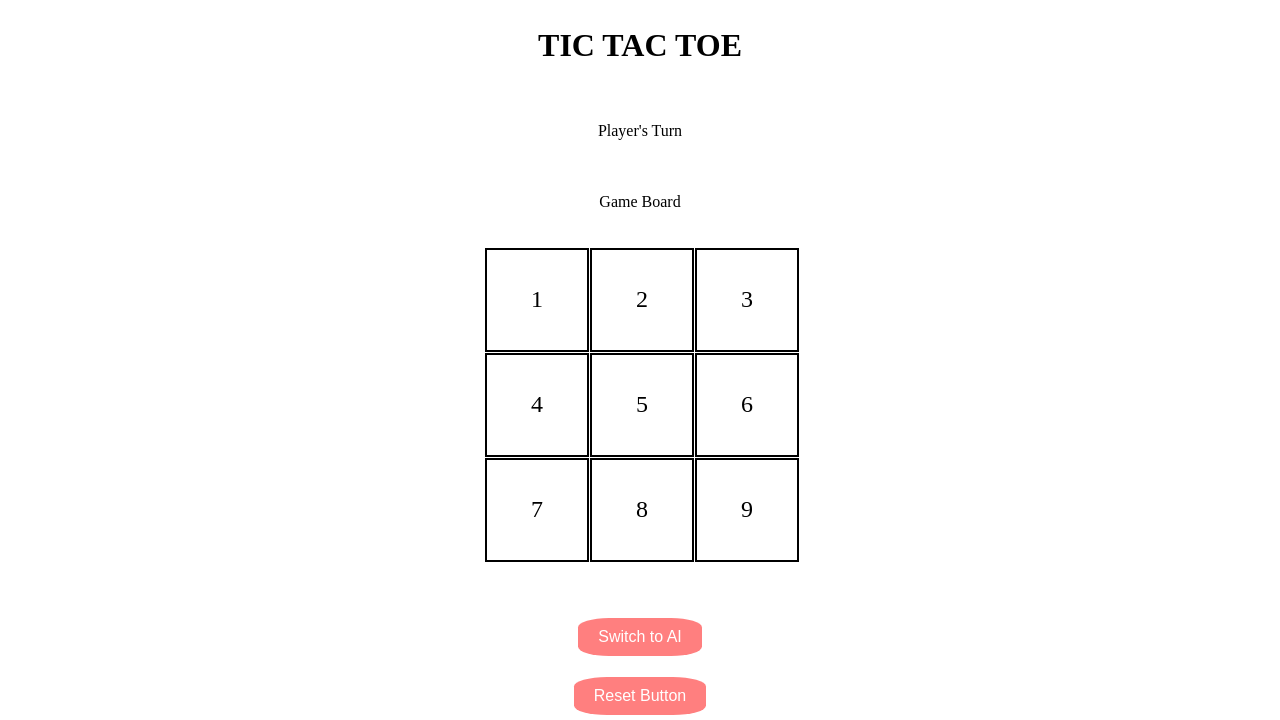
Repository: Yash19075/TicTacToe-game
Page: TicTacToe.html
These files come from the project's save history. The page is drawn as it stood at one moment and after the next save; the edit follows.
The browser window is 1280 px wide. The pictures show the whole page.

Above is the page before, as saved 2025-03-08 23:06:54.

### TicTacToe.html
<!DOCTYPE html>
<html lang="en">
<head>
    <meta charset="UTF-8">
    <meta name="viewport" content="width=device-width, initial-scale=1.0">
    <title>TicTacToe</title>
    <link rel="stylesheet" href="TicTacToe.css">
    <script src="TicTacToe.js"></script>
</head>
<body>
    <h1>TIC TAC TOE</h1>

    <p>Player's Turn</p>

    <p>Game Board</p>
    <div class="css-board">
        <div class="js-cell">1</div>
        <div class="js-cell">2</div>
        <div class="js-cell">3</div>
        <div class="js-cell">4</div>
        <div class="js-cell">5</div>
        <div class="js-cell">6</div>
        <div class="js-cell">7</div>
        <div class="js-cell">8</div>
        <div class="js-cell">9</div>
    </div>
    <br>
    <button class="css-switchButton">Switch to AI</button>
    <button class="css-resetButton">Reset Button</button>
</body>
</html>

### TicTacToe.css
body {
    display: grid;
    place-items: center;
    height: 100vh; /* Full viewport height */
    margin: 0;
    gap: 10px;
}

.css-board {
    display: grid;
    grid-template-columns: repeat(3, 100px);
    grid-template-rows: repeat(3, 100px);
    gap: 5px;
}

.css-board div {
    display: flex;
    justify-content: center;
    align-items: center;
    border: 2px solid black; /* Add borders to create Tic-Tac-Toe lines */
    font-size: 24px; /* Make X and O bigger */
    width: 100px; /* Ensure uniform size */
    height: 100px;
}

.css-switchButton, .css-resetButton {
    padding: 10px 20px;
    border-radius: 25%;
    cursor: pointer;
    font-size: 16px;
    border: none;
    background-color: #ff7f7f; /* Light red shade */
    color: white;
    transition: transform 0.2s ease-in-out, background-color 0.3s;
}

.css-switchButton:hover, .css-resetButton:hover {
    background-color: #ff5252; /* Darker red on hover */
    transform: scale(1.1);
}

Loaded but not shown: TicTacToe.js (no stored copy; drawn as an empty file)

After the next save:
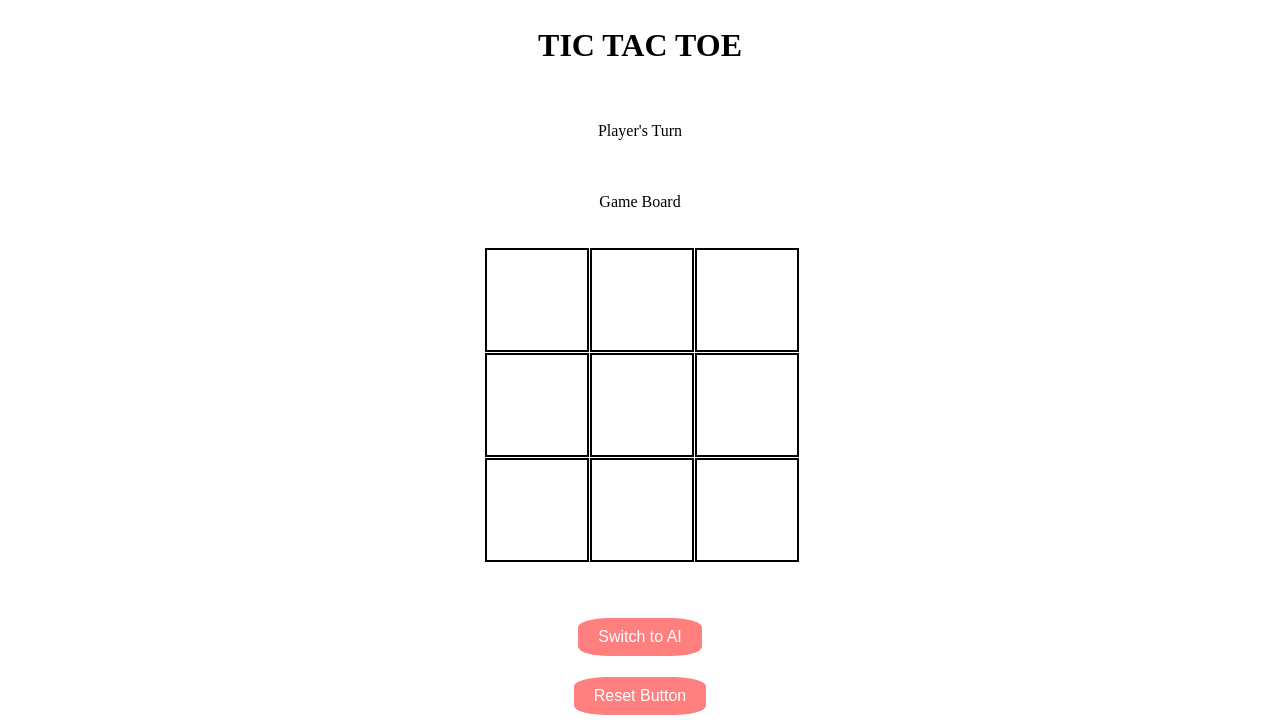
Saved 3 min 1 s later.
--- a/TicTacToe.html
+++ b/TicTacToe.html
@@ -14,15 +14,15 @@
 
     <p>Game Board</p>
     <div class="css-board">
-        <div class="js-cell">1</div>
-        <div class="js-cell">2</div>
-        <div class="js-cell">3</div>
-        <div class="js-cell">4</div>
-        <div class="js-cell">5</div>
-        <div class="js-cell">6</div>
-        <div class="js-cell">7</div>
-        <div class="js-cell">8</div>
-        <div class="js-cell">9</div>
+        <div class="cell" onclick="handleClick(0)"></div>
+        <div class="cell" onclick="handleClick(1)"></div>
+        <div class="cell" onclick="handleClick(2)"></div>
+        <div class="cell" onclick="handleClick(3)"></div>
+        <div class="cell" onclick="handleClick(4)"></div>
+        <div class="cell" onclick="handleClick(5)"></div>
+        <div class="cell" onclick="handleClick(6)"></div>
+        <div class="cell" onclick="handleClick(7)"></div>
+        <div class="cell" onclick="handleClick(8)"></div>
     </div>
     <br>
     <button class="css-switchButton">Switch to AI</button>
